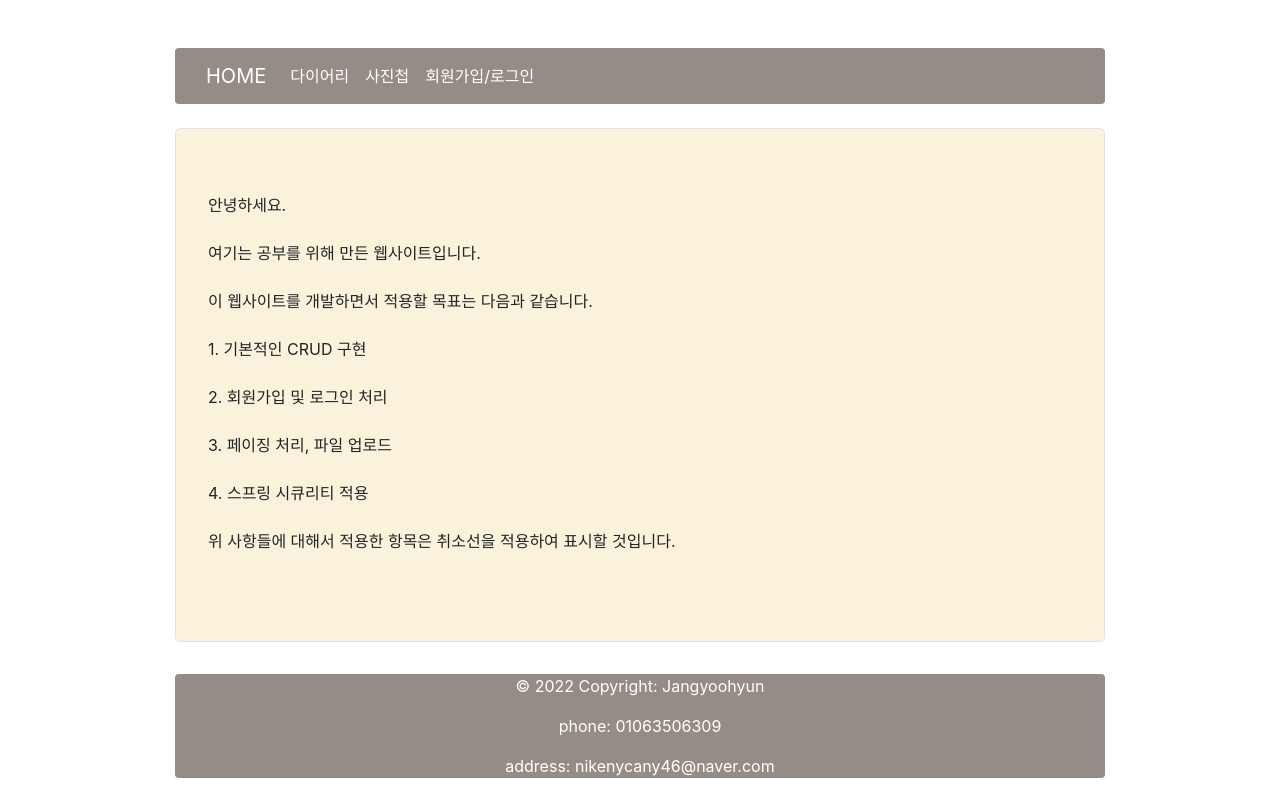
Repository: jangyoohyun/toyProject
Page: http://localhost/toyproject/WEB-INF/views/index.jsp
An editor plug-in stored every save of this project. The page is shown before and after the next save, followed by the edit.
The browser window is 1280 px wide. The pictures show the whole page.
The page is served by Tomcat 9. Nobody is signed in. Other server files are loaded and not shown. The template is opened directly, without the code that normally fills it, so the values that code supplies are empty.

Above is the page before, as saved 2022-02-26 11:54:04.

### Study/toyproject/src/main/webapp/WEB-INF/views/index.jsp
<%@ page language="java" contentType="text/html; charset=UTF-8"
    pageEncoding="UTF-8"%>

<%@ include file="/WEB-INF/views/layout/header.jsp" %>

		<div class="jumbotron mt-4 border" style="background-color: #faf2db">
		안녕하세요.<br><br>
		<c:if test="${principal.username != null}">
			${principal.username}님 환영합니다.<br><br>
		</c:if>
		여기는 공부를 위해 만든 웹사이트입니다.<br><br>
		이 웹사이트를 개발하면서 적용할 목표는 다음과 같습니다.<br><br>
		1. 기본적인 CRUD 구현<br><br>
		2. 회원가입 및 로그인 처리<br><br>
		3. 페이징 처리, 파일 업로드<br><br>
		4. 스프링 시큐리티 적용<br><br>
		위 사항들에 대해서 적용한 항목은 취소선을 적용하여 표시할 것입니다.<br><br>
		</div>


<%@ include file="/WEB-INF/views/layout/footer.jsp" %>

### Study/toyproject/src/main/webapp/WEB-INF/views/layout/header.jsp
<%@ page language="java" contentType="text/html; charset=UTF-8"
	pageEncoding="UTF-8"%>
<%@ taglib uri="http://java.sun.com/jsp/jstl/core" prefix="c"%>
<%@ taglib prefix="sec"
	uri="http://www.springframework.org/security/tags"%>
<%@ taglib prefix="fmt" uri="http://java.sun.com/jsp/jstl/fmt"%>

<sec:authorize access="isAuthenticated()">
	<sec:authentication property="principal" var="principal" />
</sec:authorize>

<!DOCTYPE html>
<html>
<head>
<link rel="stylesheet"
	href="https://cdn.jsdelivr.net/npm/bootstrap@4.6.1/dist/css/bootstrap.min.css"
	integrity="sha384-zCbKRCUGaJDkqS1kPbPd7TveP5iyJE0EjAuZQTgFLD2ylzuqKfdKlfG/eSrtxUkn"
	crossorigin="anonymous">
<script src="https://code.jquery.com/jquery-3.6.0.js"
	integrity="sha256-H+K7U5CnXl1h5ywQfKtSj8PCmoN9aaq30gDh27Xc0jk="
	crossorigin="anonymous"></script>

<meta charset="UTF-8">

<title>Insert title here</title>
</head>
<body>
	<div class="container mt-5 w-75">
		<nav class="navbar navbar-expand-lg navbar-light rounded"
			style="background-color: #958D85">
			<div class="container-fluid">
				<a class="navbar-brand text-white" href="<c:url value="/"/>">HOME</a>
				<button class="navbar-toggler" type="button"
					data-bs-toggle="collapse" data-bs-target="#navbarNav"
					aria-controls="navbarNav" aria-expanded="false"
					aria-label="Toggle navigation">
					<span class="navbar-toggler-icon"></span>
				</button>
				<div class="collapse navbar-collapse" id="navbarNav">
					<ul class="navbar-nav">
						<li class="nav-item "><a class="nav-link text-white"
							href="<c:url value="/board?page=0"/>">다이어리</a></li>
						<li class="nav-item"><a class="nav-link text-white"
							href="<c:url value="/photo"/>">사진첩</a></li>
						<c:choose>
							<c:when test="${principal.username == null}">
								<li class="nav-item"><a class="nav-link text-white"
									href="<c:url value="/auth/signInForm"/>">회원가입/로그인</a></li>
							</c:when>
							<c:otherwise>
								<li class="nav-item"><a class="nav-link text-white"
									onclick="return confirm('로그아웃 하시겠습니까?');"
									href="<c:url value="/logout"/>">로그아웃</a></li>
								<li class="nav-item"><a class="nav-link text-white"
									href="<c:url value="/auth/userUpdate"/>">회원정보수정</a></li>
							</c:otherwise>
						</c:choose>

					</ul>
				</div>
			</div>
		</nav>

### Study/toyproject/src/main/webapp/WEB-INF/views/layout/footer.jsp
<%@ page language="java" contentType="text/html; charset=UTF-8"
	pageEncoding="UTF-8"%>


<footer class="text-center text-lg-start rounded" style="background-color: #958D85">
	<div class="text-center p-auto text-white">
		<p>© 2022 Copyright: Jangyoohyun</p>
		<p>phone: 01063506309</p>
		<p>address: nikenycany46@naver.com</p>
	</div>
</footer>


</div>


<script src="https://cdn.jsdelivr.net/npm/bootstrap@5.1.3/dist/js/bootstrap.bundle.min.js" integrity="sha384-ka7Sk0Gln4gmtz2MlQnikT1wXgYsOg+OMhuP+IlRH9sENBO0LRn5q+8nbTov4+1p" crossorigin="anonymous"></script>
<script src="https://code.jquery.com/jquery-3.6.0.js" integrity="sha256-H+K7U5CnXl1h5ywQfKtSj8PCmoN9aaq30gDh27Xc0jk=" crossorigin="anonymous"></script>


</body>
</html>

After the next save:
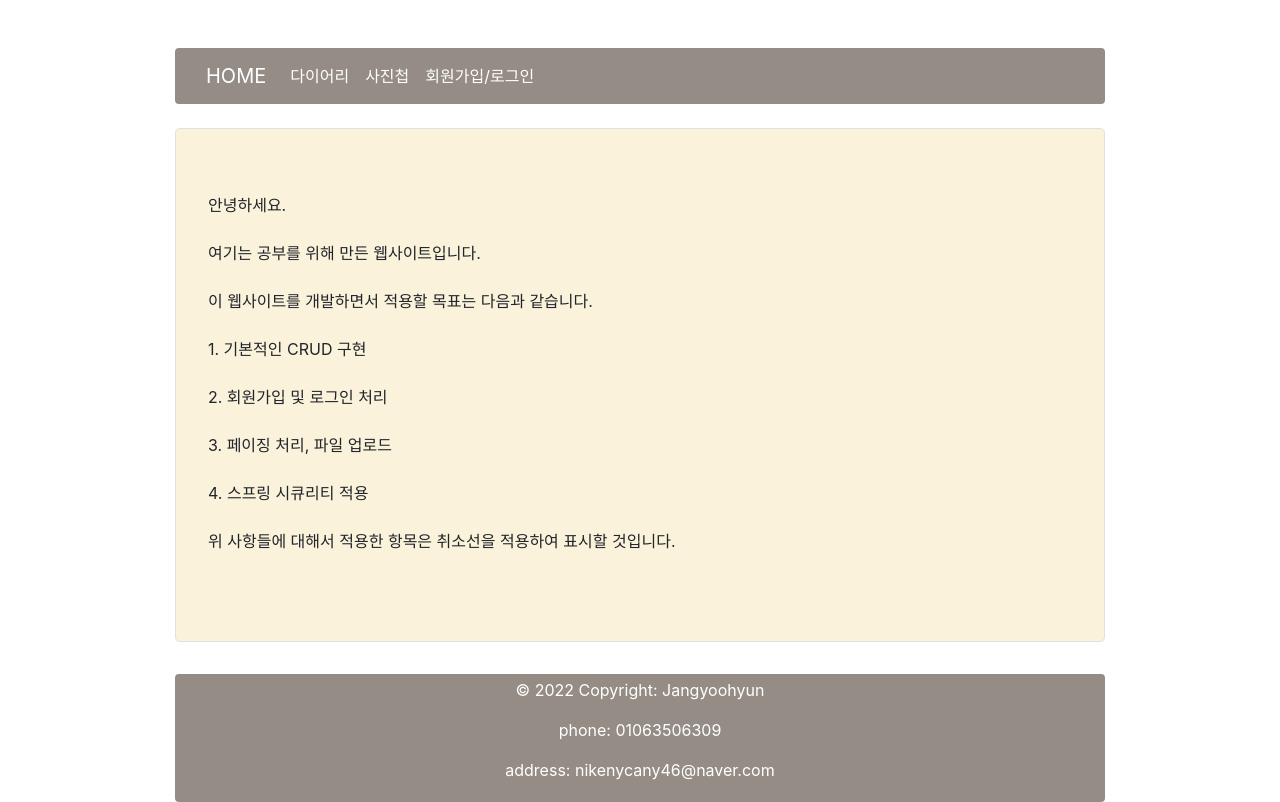
Saved 7 s later.
--- a/Study/toyproject/src/main/webapp/WEB-INF/views/layout/footer.jsp
+++ b/Study/toyproject/src/main/webapp/WEB-INF/views/layout/footer.jsp
@@ -3,7 +3,7 @@
 
 
 <footer class="text-center text-lg-start rounded" style="background-color: #958D85">
-	<div class="text-center p-auto text-white">
+	<div class="text-center p-1 text-white">
 		<p>© 2022 Copyright: Jangyoohyun</p>
 		<p>phone: 01063506309</p>
 		<p>address: nikenycany46@naver.com</p>

After the save that followed:
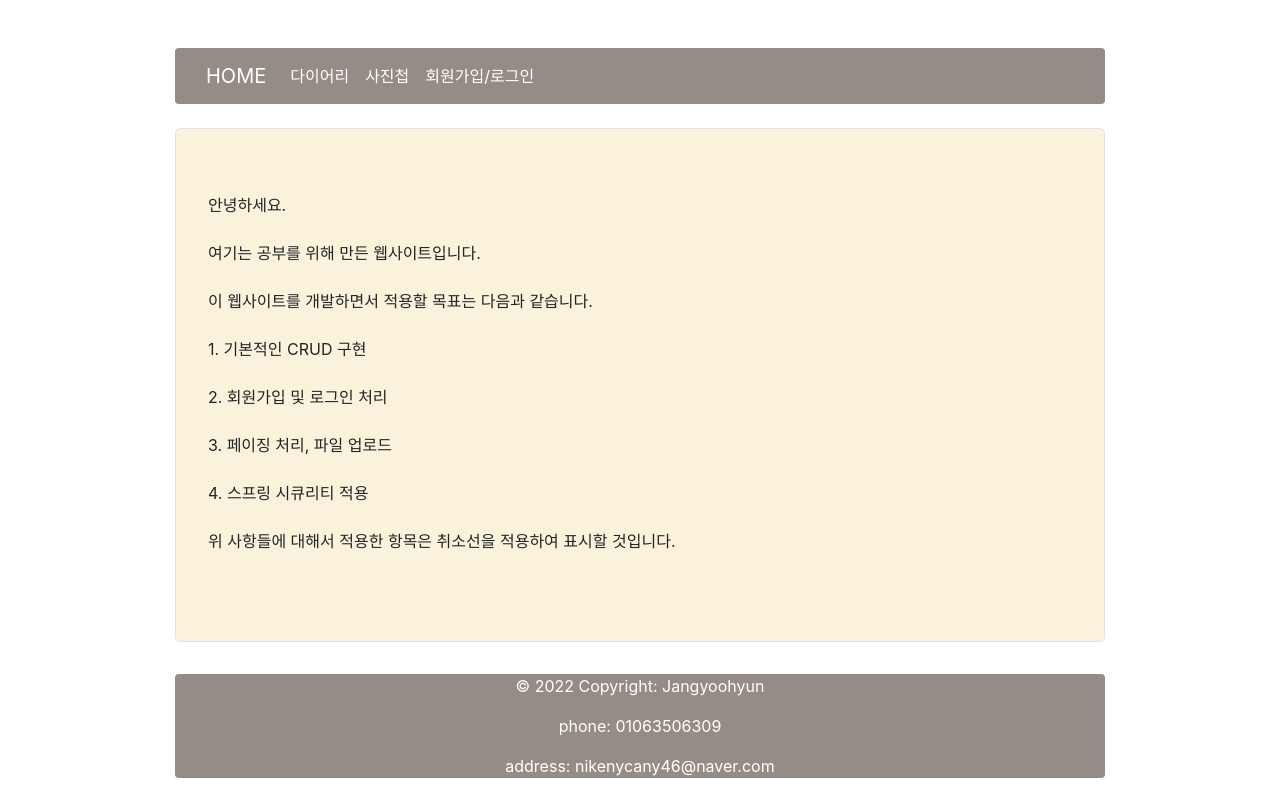
Saved 4 s later.
--- a/Study/toyproject/src/main/webapp/WEB-INF/views/layout/footer.jsp
+++ b/Study/toyproject/src/main/webapp/WEB-INF/views/layout/footer.jsp
@@ -3,7 +3,7 @@
 
 
 <footer class="text-center text-lg-start rounded" style="background-color: #958D85">
-	<div class="text-center p-1 text-white">
+	<div class="text-center text-white">
 		<p>© 2022 Copyright: Jangyoohyun</p>
 		<p>phone: 01063506309</p>
 		<p>address: nikenycany46@naver.com</p>
